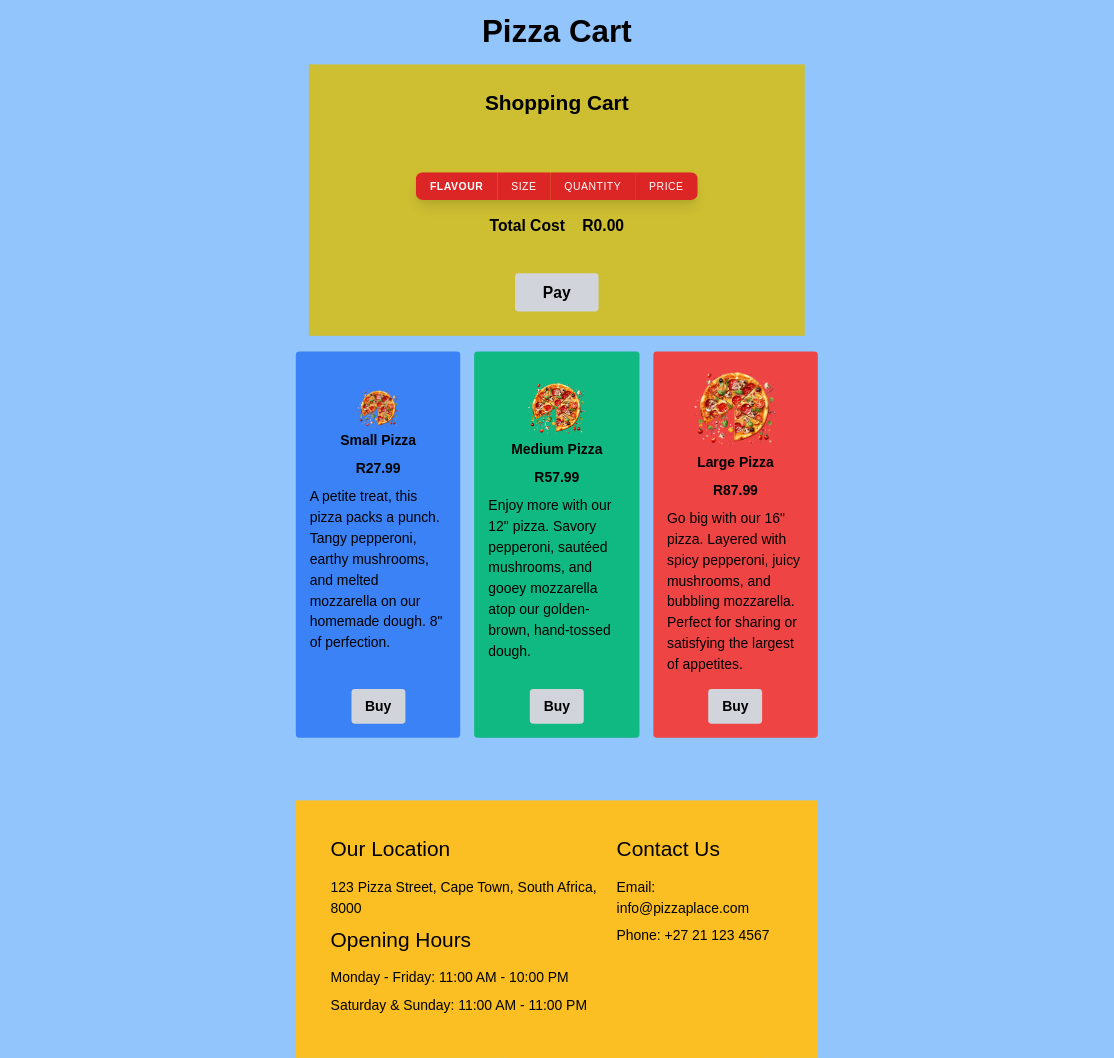
Repository: lasity34/pizza-cart-with-api
Page: index.html
These files come from the project's save history. The page is drawn as it stood at one moment and after the next save; the edit follows.
The browser window is 1280 px wide. The pictures show the whole page, at 87% of full size.
The page's requests for data from a server got no answer. Some web fonts or font styles are not loaded; a fallback is used. Some web libraries are served in a nearby version.

Above is the page before, as saved 2023-07-13 15:02:52.
Console error (its wording comes from the project's code and is left out).

### index.html
<!DOCTYPE html>
<html lang="en">
  <head>
    <meta charset="UTF-8" />
    <meta name="viewport" content="width=device-width, initial-scale=1.0" />
    <title>Pizza Cart</title>
    <script src="//unpkg.com/alpinejs" defer></script>
    <link
      href="https://cdn.jsdelivr.net/npm/tailwindcss@2.1.2/dist/tailwind.min.css"
      rel="stylesheet"
    />
    <script
      src="https://cdnjs.cloudflare.com/ajax/libs/axios/1.4.0/axios.min.js"
      integrity="sha512-uMtXmF28A2Ab/JJO2t/vYhlaa/3ahUOgj1Zf27M5rOo8/+fcTUVH0/E0ll68njmjrLqOBjXM3V9NiPFL5ywWPQ=="
      crossorigin="anonymous"
      referrerpolicy="no-referrer"
    ></script>
    <link href="./style.css" rel="stylesheet" />
    <link rel="preconnect" href="https://fonts.googleapis.com" />
    <link rel="preconnect" href="https://fonts.gstatic.com" crossorigin />
    <link
      href="https://fonts.googleapis.com/css2?family=Titillium+Web:ital@0;1&family=Tsukimi+Rounded:wght@300;400;500&display=swap"
      rel="stylesheet"
    />
  </head>
  <body x-data="pizzaCart" class="bg-blue-300" x-cloak>
    <section class="flex justify-center items-center">
      <h1 class="text-4xl pt-4 font-bold">Pizza Cart</h1>
    </section>

    <section
      class="shop-container my-5 p-7 flex flex-col text-xs sm:text-base md:text-lg lg:text-lg justify-center items-center"
    >
      <h2 class="text-2xl mb-2 font-bold">Shopping Cart</h2>
      <div class="mt-6 flex flex-col items-center">
        <div>
            <section class="mt-8">
                <table class="table-auto w-full rounded-lg overflow-hidden shadow-lg max-w-md mx-auto">
                    <thead class="bg-red-600">
                        <tr>
                            <th class="px-4 py-2 text-left text-xs font-bold font-medium text-white uppercase tracking-wider">Flavour</th>
                            <th class="px-4 py-2 text-left text-xs font-medium text-white uppercase tracking-wider">Size</th>
                            <th class="px-4 py-2 text-left text-xs font-medium text-white uppercase tracking-wider">Quantity</th>
                            <th class="px-4 py-2 text-left text-xs font-medium text-white uppercase tracking-wider">Price</th>
                        </tr>
                    </thead>
                    <tbody class="bg-yellow-100 divide-y divide-gray-200">
                        <template x-for="pizza in cartPizzas">
                            <tr>
                                <td class="px-4 py-2 whitespace-nowrap font-bold text-sm text-gray-500" x-text="pizza.flavour"></td>
                                <td class="px-4 py-2 whitespace-nowrap font-bold text-sm text-gray-500" x-text="pizza.size"></td>
                                <td class="px-4 py-2 whitespace-nowrap font-bold text-sm text-gray-500">
                                    <div class="flex items-center justify-center">
                                        <button
                                            @click="increment('large')"
                                            class="bg-gray-200 hover:bg-gray-300 text-gray-800 font-bold py-2 px-4 rounded-l"
                                        >
                                            +
                                        </button>
                                        <button
                                            @click="decrement('large')"
                                            class="bg-gray-200 hover:bg-gray-300 text-gray-800 font-bold py-2 px-4 rounded-r"
                                        >
                                            -
                                        </button>
                                    </div>
                                </td>
                                <td class="px-4 py-2 whitespace-nowrap text-sm font-bold text-gray-500">
                                    R<span x-text="pizza.price"></span>
                                </td>
                            </tr>
                        </template>
                    </tbody>
                </table>
            </section>


        </div>
        <div class="flex justify-center mt-4">
          <p class="font-bold">Total Cost</p>
          <p class="ml-5 font-bold">
            R<span x-text="total().toFixed(2)">0.00</span>
          </p>
        </div>
        <div class="mt-4">
          <span x-html="payMessage"></span>
        </div>

        <div class="mt-4" x-show="total() !== 0" x-cloak>
          <label class="font-bold">Payment Amount:</label>
          <input
            placeholder="Enter payment here"
            type="number"
            step="0.01"
            class="rounded ml-2 py-2"
            x-model="paymentAmount"
          />
        </div>
        <div class="mt-6">
          <button
            x-cloak
            @click="paymentTotal()"
            class="bg-gray-300 hover:bg-gray-400 py-2 px-8 rounded font-bold"
          >
            <span x-text="total() === 0 ? 'Pay' : 'Checkout'"></span>
          </button>
        </div>
      </div>
    </section>

    <section class="pizza_columns">
      <div
        class="flex flex-col gap-4 mx-auto items-center lg:items-stretch lg:flex-row justify-center"
      >
        <div
          class="flex bg-blue-500 rounded p-4 w-4/5 lg:w-4/5 flex-grow flex-shrink flex flex-col justify-between text-black items-center"
        >
          <div class="flex-grow flex flex-col items-center justify-center">
            <img src="./pizza.png" width="50" />
            <h3 class="mb-2 font-bold">Small Pizza</h3>
            <h3 class="mb-2 font-bold">R27.99</h3>
            <p class="mb-4">
              A petite treat, this pizza packs a punch. Tangy pepperoni, earthy
              mushrooms, and melted mozzarella on our homemade dough. 8" of
              perfection.
            </p>
          </div>
          <button
            @click="buy('small')"
            :disabled="smallAdded"
            class="bg-gray-300 hover:bg-gray-400 transition-colors duration-300 py-2 px-4 rounded font-bold"
          >
            Buy
          </button>
        </div>
        <div
          class="pizza_md bg-green-500 rounded p-4 w-4/5 lg:w-4/5 flex-grow flex-shrink flex flex-col justify-between text-black items-center"
        >
          <div class="flex-grow flex flex-col items-center justify-center">
            <img src="./pizza.png" width="70" />
            <h3 class="mb-2 font-bold">Medium Pizza</h3>
            <h3 class="mb-2 font-bold">R57.99</h3>
            <p class="mb-4">
              Enjoy more with our 12" pizza. Savory pepperoni, sautéed
              mushrooms, and gooey mozzarella atop our golden-brown, hand-tossed
              dough.
            </p>
          </div>
          <button
            @click="buy('medium')"
            :disabled="mediumAdded"
            class="bg-gray-300 hover:bg-gray-400 transition-colors duration-300 py-2 px-4 rounded font-bold"
          >
            Buy
          </button>
        </div>
        <div
          class="pizza_lg bg-red-500 rounded p-4 w-4/5 lg:w-4/5 flex-grow flex-shrink flex flex-col justify-between text-black items-center"
        >
          <div class="flex-grow flex flex-col items-center justify-center">
            <img src="./pizza.png" width="100" />
            <h3 class="mb-2 font-bold">Large Pizza</h3>
            <h3 class="mb-2 font-bold">R87.99</h3>
            <p class="mb-4">
              Go big with our 16" pizza. Layered with spicy pepperoni, juicy
              mushrooms, and bubbling mozzarella. Perfect for sharing or
              satisfying the largest of appetites.
            </p>
          </div>
          <button
            @click="buy('large')"
            :disabled="largeAdded"
            class="bg-gray-300 hover:bg-gray-400 transition-colors duration-300 py-2 px-4 rounded font-bold"
          >
            Buy
          </button>
        </div>
      </div>
    </section>
    <!-- all pizzas display -->
    <section class="mt-8">
        <div class="flex flex-col items-center">
            <template x-for="pizza in pizzas">
                <div class="flex items-center border-b border-gray-200 bg-yellow-200 shadow-lg rounded-lg px-4 py-4 my-3 w-full max-w-xl">
                    <div class="w-24 h-24 flex-shrink-0">
                        <img src="./pizza.png" class="w-full h-full object-cover rounded-lg" />
                    </div>
                    <div class="ml-4 flex-grow flex justify-between w-3/4 items-center">
                        <h5 class="ml-2 text-lg font-bold text-black" x-text="pizza.flavour"></h5>
                        <p class="text-lg text-black mt-5 mb-4 mr-6 font-bold">R<span x-text="pizza.price"></span></p>
                    </div>
                    <div>
                        <button @click="addPizzaToCart(pizza.id)" class="bg-gray-600 hover:bg-gray-700 text-white font-bold py-2 px-4 rounded">Buy</button>
                    </div>
                </div>
            </template>
        </div>
    </section>



    <footer class="bg-yellow-400 text-black mt-10 p-10">
      <div class="container mx-auto flex justify-between">
        <div>
          <h2 class="text-2xl mb-4">Our Location</h2>
          <p class="mb-2">123 Pizza Street, Cape Town, South Africa, 8000</p>

          <h2 class="text-2xl mb-4">Opening Hours</h2>
          <p class="mb-2">Monday - Friday: 11:00 AM - 10:00 PM</p>
          <p class="mb-2">Saturday & Sunday: 11:00 AM - 11:00 PM</p>
        </div>
        <div>
          <h2 class="text-2xl mb-4">Contact Us</h2>
          <p class="mb-2">Email: info@pizzaplace.com</p>
          <p class="mb-2">Phone: +27 21 123 4567</p>
        </div>
      </div>
    </footer>

    <div
      x-show="show"
      x-transition:enter="transition ease-out duration-300"
      x-transition:enter-start="opacity-0 transform scale-90"
      x-transition:enter-end="opacity-100 transform scale-100"
      x-transition:leave="transition ease-in duration-300"
      x-transition:leave-start="opacity-100 transform scale-100"
      x-transition:leave-end="opacity-0 transform scale-90"
      class="fixed inset-0 flex items-center justify-center z-50"
    >
      <div class="bg-green-800 text-white rounded p-5 shadow-lg">
        <p x-text="message"></p>
      </div>
    </div>

    <script src="./pizza.js"></script>
  </body>
</html>

### style.css

body {
    max-width: 600px;
    margin: 0 auto;

font-family: 'Tsukimi Rounded', sans-serif;
}

.shop-container {
    background-color: rgb(205, 190, 50);
    max-width: 95%;
    margin: 1em auto;
}

input::-webkit-outer-spin-button,
input::-webkit-inner-spin-button {
  -webkit-appearance: none;
  margin: 0;
}

input[type="number"] {
  -moz-appearance: textfield;
 text-indent: 10px;
}

[x-cloak] { display: none; }

### pizza.js
function pizzaCart() {
  return {
    smallAmount: 0,
    mediumAmount: 0,
    largeAmount: 0,
    paymentAmount: 0,
    message: "",
    payMessage: "",
    smallAdded: false,
    mediumAdded: false,
    largeAdded: false,
    show: false,
    prices: {
      small: 27.99,
      medium: 57.99,
      large: 87.99,
    },
    lastMessageAdded: "",

    pizzas: [],
    username: "bjorn",
    cartId: "jI0VaxiP9k",
    cartPizzas: [],
    cartTotal: 0.0,
    increment(size) {
      if (size === "small" && this.smallAdded) {
        this.smallAmount++;
      } else if (size === "medium" && this.mediumAdded) {
        this.mediumAmount++;
      } else if (size === "large" && this.largeAdded) {
        this.largeAmount++;
      }
    },
    buy(size) {
      if (size === "small") {
        this.smallAdded = true;
        this.smallAmount++; // increment the small pizza count
        this.message = "Small Pizza has been added";
      } else if (size === "medium") {
        this.mediumAdded = true;
        this.mediumAmount++; // increment the medium pizza count
        this.message = "Medium Pizza has been added";
      } else if (size === "large") {
        this.largeAdded = true;
        this.largeAmount++; // increment the large pizza count
        this.message = "Large Pizza has been added";
      }
      this.toggleModal();
    },
    decrement(size) {
      if (size === "small" && this.smallAmount > 0 && this.smallAdded) {
        this.smallAmount--;
        if (this.smallAmount === 0) this.smallAdded = false;
      }
      if (size === "medium" && this.mediumAmount > 0 && this.mediumAdded) {
        this.mediumAmount--;
        if (this.mediumAmount === 0) this.mediumAdded = false;
      }
      if (size === "large" && this.largeAmount > 0 && this.largeAdded) {
        this.largeAmount--;
        if (this.largeAmount === 0) this.largeAdded = false;
      }
    },
    total() {
      return (
        this.smallAmount * this.prices.small +
        this.mediumAmount * this.prices.medium +
        this.largeAmount * this.prices.large
      );
    },
    paymentTotal() {
      if (this.paymentAmount < this.total()) {
        this.payMessage = `<p class='flex bg-red-600 text-white py-2 px-4 font-bold text-lg my-3 py-1'>R${(
          this.total() - this.paymentAmount
        ).toFixed(2)} is needed</p>`;
        setTimeout(() => {
          this.payMessage = "";
        }, 2000);
      } else if (this.paymentAmount > this.total()) {
        this.payMessage = `<p class='flex bg-red-600 text-white py-2 px-4 font-bold text-lg my-3 py-1'>There is R${(
          this.paymentAmount - this.total()
        ).toFixed(2)} too much</p>`;
        setTimeout(() => {
          this.payMessage = "";
        }, 2000);
      } else if (this.paymentAmount == this.total() && this.total() !== 0) {
        this.payMessage =
          "<p class='flex bg-green-600 text-white py-2 px-4 font-bold text-lg my-3 py-1'>Enjoy your pizzas<p>";
        this.reset();
        setTimeout(() => {
          this.payMessage = "";
        }, 2000);
      }
    },
    toggleModal() {
      this.show = !this.show;
      if (this.show) {
        setTimeout(() => {
          this.show = false;
        }, 2000); // Close after 2 seconds
      }
    },
    reset() {
      this.smallAmount = 0;
      this.mediumAmount = 0;
      this.largeAmount = 0;
      this.paymentAmount = 0;
      this.message = "";

      this.smallAdded = false;
      this.mediumAdded = false;
      this.largeAdded = false;
      this.show = false;
    },

    getCart() {
      const getCartURL = `https://pizza-api.projectcodex.net/api/pizza-cart/${this.cartId}/get`;
      return axios.get(getCartURL);
    },
    showCartData() {
      this.getCart().then((result) => {
        const cartData = result.data;
        console.log(cartData);

        this.cartPizzas = cartData.pizzas;
        this.cartId = cartData.total;
      });
    },
    init() {
      axios
        .get("https://pizza-api.projectcodex.net/api/pizzas")
        .then((result) => {
          this.pizzas = result.data.pizzas;
        });

      this.showCartData();
    },
    addPizzaToCart(pizza) {
      console.log(pizza)
    },
    removePizzaFromCart() {

    }
  };
}

document.addEventListener("alpine:init", () => {
  Alpine.data("pizzaCart", pizzaCart);
});

After the next save:
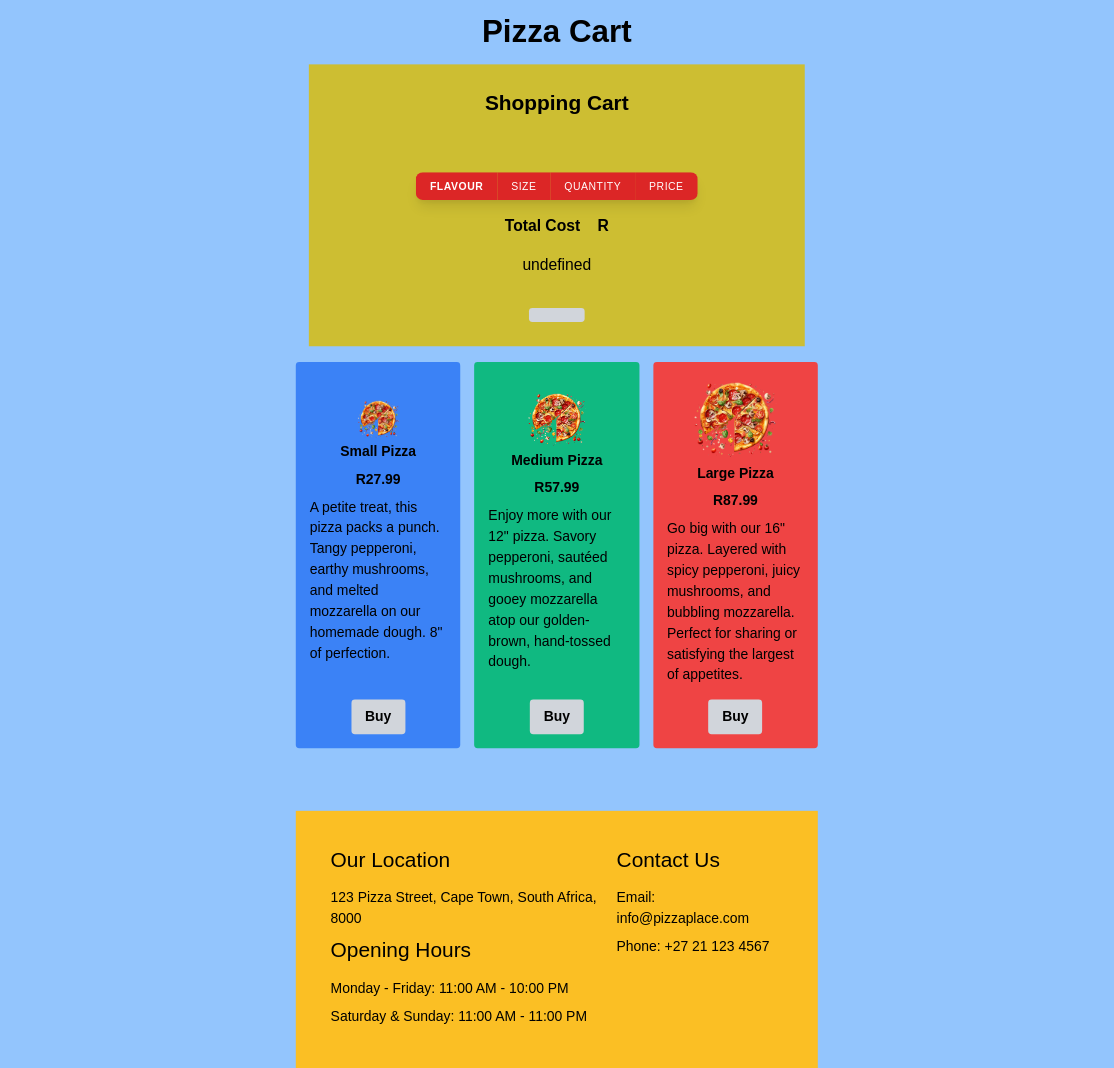
Console error: SyntaxError: Unexpected identifier 'showCartData'
Saved 2 min 28 s later.
--- a/pizza.js
+++ b/pizza.js
@@ -117,6 +117,17 @@
       const getCartURL = `https://pizza-api.projectcodex.net/api/pizza-cart/${this.cartId}/get`;
       return axios.get(getCartURL);
     },
+    addPizza(pizzaId) {
+
+
+//       POST https://pizza-api.projectcodex.net/api/pizza-cart/add
+// Content-Type: application/json
+
+// {
+//     "cart_code" : "jI0VaxiP9k",
+//     "pizza_id" : 3
+// }
+    }
     showCartData() {
       this.getCart().then((result) => {
         const cartData = result.data;

After the 2 saves that followed:
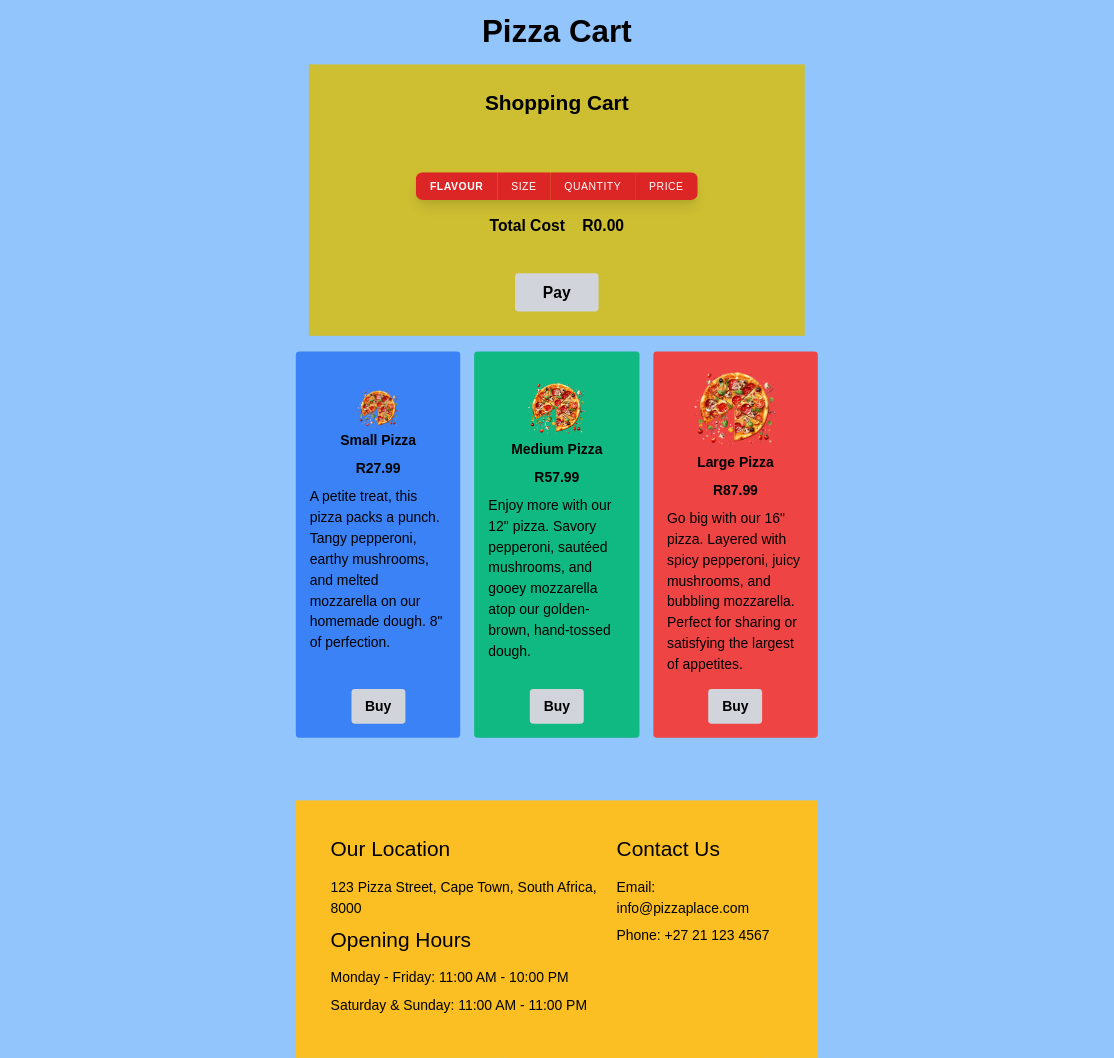
Console error (its wording comes from the project's code and is left out).
The 2 saves are shown as one change because they came seconds apart.
The last was saved 105 s later.
--- a/pizza.js
+++ b/pizza.js
@@ -118,16 +118,11 @@
       return axios.get(getCartURL);
     },
     addPizza(pizzaId) {
-
-
-//       POST https://pizza-api.projectcodex.net/api/pizza-cart/add
-// Content-Type: application/json
-
-// {
-//     "cart_code" : "jI0VaxiP9k",
-//     "pizza_id" : 3
-// }
-    }
+      axios.post("https://pizza-api.projectcodex.net/api/pizza-cart/add", {
+        cart_code: "jI0VaxiP9k",
+        pizza_id: 3,
+      });
+    },
     showCartData() {
       this.getCart().then((result) => {
         const cartData = result.data;
@@ -147,11 +142,9 @@
       this.showCartData();
     },
     addPizzaToCart(pizza) {
-      console.log(pizza)
+      console.log(pizza);
     },
-    removePizzaFromCart() {
-
-    }
+    removePizzaFromCart() {},
   };
 }
 
